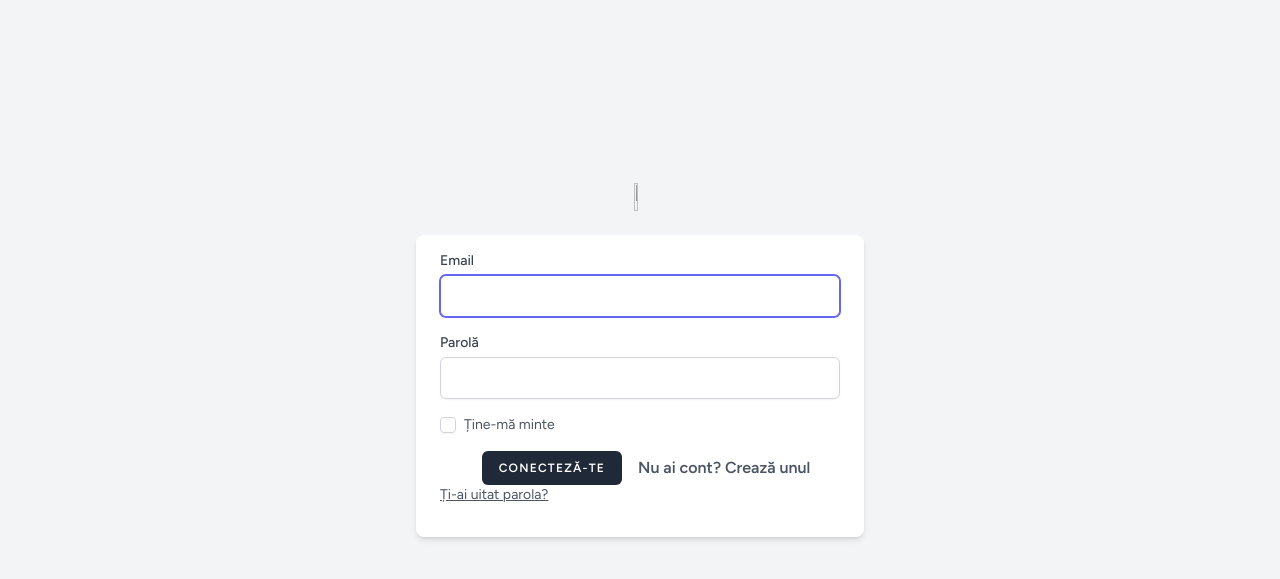
Repository: cosmin05072018/fantastic-events-manager
Page: http://localhost/login
These files come from the project's save history. The page is drawn as it stood at one moment and after the next save; the edit follows.
The browser window is 1280 px wide. The pictures show the whole page.
The page is served by the project's Laravel application, run on PHP 8.4 with Laravel 10. Style sheets and scripts are compiled from the project's sources, by tool versions that may differ from the author's.

Above is the page before, as saved 2024-11-03 17:57:01.

After the next save:
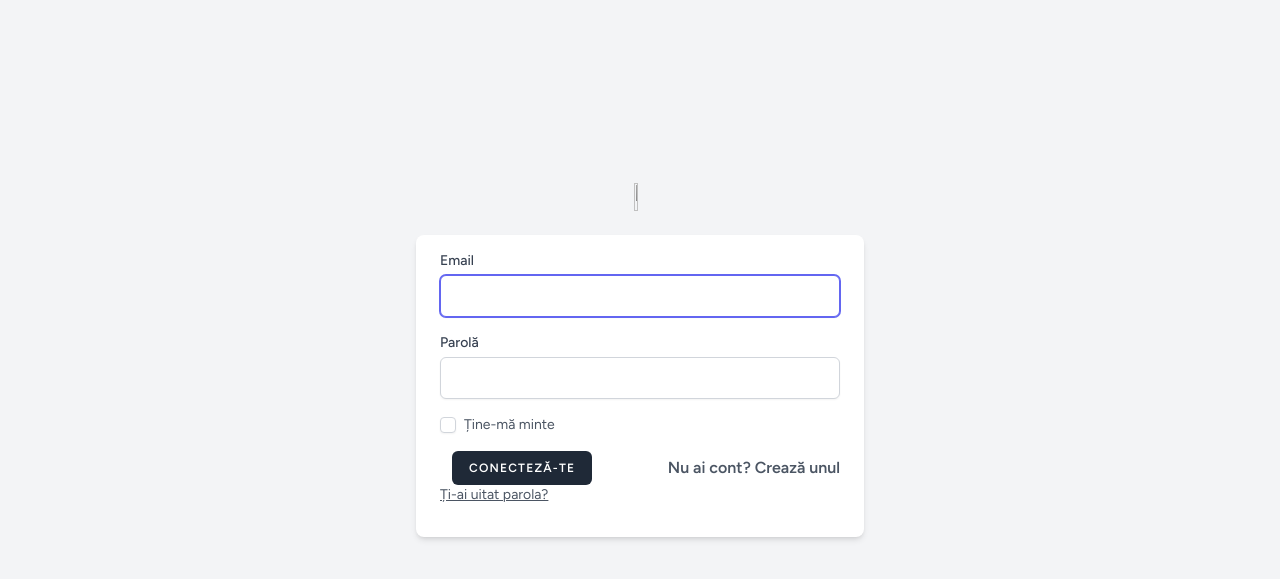
Saved 6 s later.
--- a/resources/views/auth/login.blade.php
+++ b/resources/views/auth/login.blade.php
@@ -42,7 +42,7 @@
             </label>
         </div>
 
-        <div class="flex items-center justify-center mt-4">
+        <div class="flex items-center justify-between mt-4">
             <x-primary-button class="ms-3">
                 {{ __('Conecteză-te') }}
             </x-primary-button>
